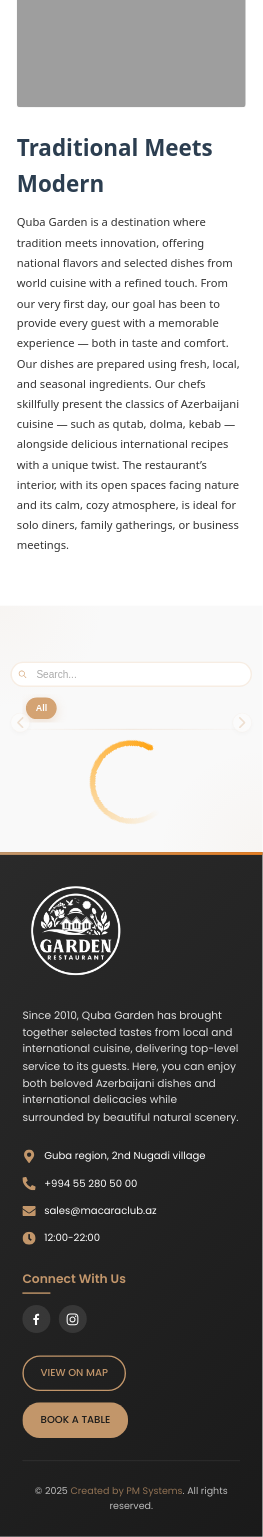
Repository: ferhadsultan98/menu-macara
Page: /
An editor plug-in stored every save of this project. The page is shown before and after the next save, followed by the edit.
The browser window is 375 px wide. The pictures show the part of the page from y = 1115 to 3355 px (the page is 3311 px tall before and 3355 px after), at 70% of full size.
Pictures or frames that could not be fetched are drawn as grey boxes. The page's requests for data from a server got no answer. The project was rebuilt for these pictures with package versions that can differ from the ones it lists, and the page was loaded fresh each time. No one was signed in, and anything a server would have sent is missing. Also part of the build but not shown: vite.config.js.

Above is the page before, as saved 2025-04-21 12:19:52.

### index.html
<!doctype html>
<html lang="en">
  <head>
    <meta charset="UTF-8" />
    <link rel="shortcut icon" href="/src/assets/logo.png" type="image/x-icon">
    <meta name="viewport" content="width=device-width, initial-scale=1.0" />
    <title>Guba Garden - Menu</title>
  </head>
  <body>
    <div id="root"></div>
    <script type="module" src="/src/main.jsx"></script>
  </body>
</html>

### src/App.jsx
import React from "react";
import { I18nextProvider } from "react-i18next";
import i18n from "./Languages/i18n";
import "./App.scss";
import MainLayout from "./Components/Common/MainLayout";
import Home from "./Pages/Home/Home";
import MenuSection from "./Pages/MenuSection/MenuSection";

function App() {

  return (
    <I18nextProvider i18n={i18n}>
      <div className="app-container">
        <MainLayout>
        <Home  />
          <MenuSection  />
        </MainLayout>
      </div>
    </I18nextProvider>
  );
}

export default App;

### src/App.scss
* {
  margin: 0;
  padding: 0;
  box-sizing: border-box;
}

body {
  font-family: system-ui, -apple-system, BlinkMacSystemFont, "Segoe UI", Roboto,
    Oxygen, Ubuntu, Cantarell, "Open Sans", "Helvetica Neue", sans-serif;
}

### src/Components/Common/MainLayout.jsx
import React from 'react';
import Header from './Header/Header';
import Footer from './Footer/Footer';

const MainLayout = ({ children }) => {
  return (
    <>
      <Header />
      {children}
      <Footer />
    </>
  );
};

export default MainLayout;

### src/Components/Common/Header/Header.jsx
import { useState, useEffect, useRef } from "react";
import "./Header.scss";
import Logo from "../../../assets/logo.png";
import whiteLogo from "../../../assets/logowhite.png";
import { motion, AnimatePresence } from "framer-motion";
import { useTranslation } from "react-i18next";
import { IoRestaurantOutline } from "react-icons/io5";

const Header = () => {
  const [scrolled, setScrolled] = useState(false);
  const [isOpen, setIsOpen] = useState(false);
  const dropdownRef = useRef(null);
  const { t, i18n } = useTranslation();

  const languages = [
    { code: "en", name: "English" },
    { code: "az", name: "Azərbaycan" },
    { code: "ru", name: "Русский" },
  ];

  useEffect(() => {
    const handleScroll = () => {
      const isScrolled = window.scrollY > 20;
      setScrolled(isScrolled);
    };

    window.addEventListener("scroll", handleScroll);
    return () => window.removeEventListener("scroll", handleScroll);
  }, []);

  useEffect(() => {
    const handleClickOutside = (event) => {
      if (dropdownRef.current && !dropdownRef.current.contains(event.target)) {
        setIsOpen(false);
      }
    };

    document.addEventListener("mousedown", handleClickOutside);
    return () => document.removeEventListener("mousedown", handleClickOutside);
  }, []);

  const toggleLanguage = (langCode) => {
    i18n.changeLanguage(langCode);
    setIsOpen(false);
  };

  const toggleMenu = () => {
    setIsOpen(!isOpen);
  };
  const scrollToTop = () => {
    window.scrollTo({ top: 0, behavior: "smooth" });
  };
  const scrollToMenu = () => {
    const menuSection = document.getElementById("menu");
    if (menuSection) {
      menuSection.scrollIntoView({ behavior: "smooth", block: "start" });
    }
  };
  return (
    <header className={`header ${scrolled ? "scrolled" : ""}`}>
      <div className="headerContainer">
        <a onClick={scrollToTop}>
          <div className="logo">
            <img
              src={scrolled ? Logo : whiteLogo}
              alt={scrolled ? "Logo" : "White Logo"}
              className="logo-img"
            />
          </div>
        </a>
        <button className="menu-button" onClick={scrollToMenu}>
        {t("header.menu")}
          <span className="menu-icon">
            <IoRestaurantOutline />
          </span>
        </button>
        <div className="header-actions">
          <div className="lang-dropdown" ref={dropdownRef}>
            <button
              className="lang-current"
              onClick={toggleMenu}
              aria-expanded={isOpen}
            >
              <span>{i18n.language.toUpperCase()}</span>
              <i className={`fas fa-chevron-down ${isOpen ? "open" : ""}`}></i>
            </button>

            <AnimatePresence>
              {isOpen && (
                <motion.ul
                  className="lang-options"
                  initial={{ opacity: 0, y: -10 }}
                  animate={{ opacity: 1, y: 0 }}
                  exit={{ opacity: 0, y: -10 }}
                  transition={{ duration: 0.2 }}
                >
                  {languages.map((lang) => (
                    <motion.li
                      key={lang.code}
                      whileHover={{ backgroundColor: "rgba(0,0,0,0.05)" }}
                      onClick={() => toggleLanguage(lang.code)}
                      className={i18n.language === lang.code ? "active" : ""}
                    >
                      <span className="lang-code">
                        {lang.code.toUpperCase()}
                      </span>
                      <span className="lang-name">{lang.name}</span>
                    </motion.li>
                  ))}
                </motion.ul>
              )}
            </AnimatePresence>
          </div>
        </div>
      </div>
    </header>
  );
};

export default Header;

### src/Pages/MenuSection/MenuSection.scss
// Mixins
@mixin flexCenter {
  display: flex;
  justify-content: center;
  align-items: center;
}

@mixin flexBetween {
  display: flex;
  justify-content: space-between;
  align-items: center;
}

@mixin hoverLift {
  transition: all 0.3s cubic-bezier(0.25, 0.8, 0.25, 1);
  &:hover {
    transform: translateY(-8px);
    box-shadow: 0 15px 35px rgba(0, 0, 0, 0.1);
  }
}

// Media query mixins
@mixin mobile {
  @media (max-width: 576px) {
    @content;
  }
}

@mixin tablet {
  @media (max-width: 768px) {
    @content;
  }
}

@mixin laptop {
  @media (max-width: 992px) {
    @content;
  }
}

@mixin desktop {
  @media (max-width: 1200px) {
    @content;
  }
}

// Animations
@keyframes fadeIn {
  from {
    opacity: 0;
    transform: translateY(20px);
  }
  to {
    opacity: 1;
    transform: translateY(0);
  }
}

@keyframes pulse {
  0% {
    transform: scale(1);
  }
  50% {
    transform: scale(1.05);
  }
  100% {
    transform: scale(1);
  }
}

@keyframes slideDown {
  from {
    transform: translateY(-100%);
  }
  to {
    transform: translateY(0);
  }
}

@keyframes searchPulse {
  0% {
    box-shadow: 0 0 0 0 rgba(212, 163, 115, 0.4);
  }
  70% {
    box-shadow: 0 0 0 8px rgba(212, 163, 115, 0);
  }
  100% {
    box-shadow: 0 0 0 0 rgba(212, 163, 115, 0);
  }
}

// Reset and Base Styles
.menuSection {
  padding: 100px 0;
  background-color: #f9f9f9;
  position: relative;
  overflow: hidden;
  @include laptop {
    padding: 80px 0;
  }

  @include tablet {
    padding: 70px 0;
  }

  @include mobile {
    padding: 50px 0;
  }

  &::before,
  &::after {
    content: "";
    position: absolute;
    width: 300px;
    height: 300px;
    border-radius: 50%;
    background: radial-gradient(
      circle,
      rgba(212, 163, 115, 0.05) 0%,
      rgba(212, 163, 115, 0) 70%
    );
    z-index: 0;
  }

  &::before {
    top: -150px;
    left: -150px;
  }

  &::after {
    bottom: -150px;
    right: -150px;
  }

  .container {
    max-width: 1200px;
    margin: 0 auto;
    padding: 0 20px;
    position: relative;
    z-index: 1;

    @include mobile {
      padding: 0 15px;
    }
  }

  &.hasSearchResults {
    .menuGrid {
      animation: fadeIn 0.5s ease forwards;
    }
  }
}

// Sticky Navbar
.menuNavbarWrapper {
  width: 100%;
  z-index: 2;
  transition: all 0.3s ease;
  position: relative;
  margin-bottom: 50px;

  @include tablet {
    margin-bottom: 30px;
  }

  @include mobile {
    margin-bottom: 25px;
  }

  &.sticky {
    position: fixed;
    top: 100px;
    left: 0;
    right: 0;
    background-color: rgba(255, 255, 255, 0.98);
    z-index: 2;
    animation: slideDown 0.3s ease forwards;
    padding: 10px 0;

    .menuNavbarContent {
      padding: 10px 0;
    }

    .menuSearch {
      margin-bottom: 15px;

      .searchInputWrapper {
        max-width: 800px;

        @include mobile {
          max-width: 100%;
        }
      }

      .searchInput {
        padding: 10px 40px 10px 40px;
      }
    }
  }

  .menuNavbarContent {
    padding: 15px 0;
    display: flex;
    flex-direction: column;

    @include tablet {
      padding: 10px 0;
    }
  }
}

// Adjust menu content when navbar is sticky
.sticky + .menuContent {
  padding-top: 160px;

  @include tablet {
    padding-top: 130px;
  }

  @include mobile {
    padding-top: 200px;
  }
}

// Search component
.menuSearch {
  margin-bottom: 20px;

  @include mobile {
    margin-bottom: 15px;
  }

  .searchInputWrapper {
    position: relative;
    width: 100%;
    max-width: 500px;
    margin: 0 auto;
    transition: all 0.3s ease;

    @include mobile {
      max-width: 100%;
      margin-top: 30px;
    }
  }

  .searchIcon {
    position: absolute;
    left: 15px;
    top: 50%;
    transform: translateY(-50%);
    font-size: 1.2rem;
    color: #d4a373;
    z-index: 2;

    @include mobile {
      font-size: 1rem;
      left: 12px;
    }
  }

  .searchInput {
    width: 100%;
    padding: 12px 40px 12px 45px;
    border-radius: 30px;
    border: 2px solid rgba(212, 163, 115, 0.2);
    font-size: 1rem;
    background-color: white;
    transition: all 0.3s ease;
    appearance: none;

    @include mobile {
      padding: 10px 35px 10px 38px;
      font-size: 0.95rem;
    }

    &:focus {
      outline: none;
      border-color: #d4a373;
      box-shadow: 0 0 0 3px rgba(212, 163, 115, 0.2);
    }

    &::placeholder {
      color: #aaa;
      transition: opacity 0.2s ease;
    }

    &:focus::placeholder {
      opacity: 0.7;
    }
  }

  .clearSearchButton {
    position: absolute;
    right: 15px;
    top: 50%;
    transform: translateY(-50%);
    background: none;
    border: none;
    font-size: 1.5rem;
    color: #aaa;
    cursor: pointer;
    padding: 0;
    width: 20px;
    height: 20px;
    display: flex;
    align-items: center;
    justify-content: center;
    transition: color 0.2s ease;
    z-index: 2;

    @include mobile {
      right: 12px;
      font-size: 1.3rem;
    }

    &:hover {
      color: #d4a373;
      transform: translateY(-50%) scale(1.1);
    }

    &:active {
      transform: translateY(-50%) scale(0.95);
    }
  }

  &.searchActive {
    .searchInput {
      animation: searchPulse 1.5s ease-out;
      border-color: rgba(212, 163, 115, 0.5);
    }
  }
}

// Menu Filter - Enhanced with Overflow Support
.menuFilter {
  position: relative;

  &::before {
    content: "";
    position: absolute;
    left: 0;
    right: 0;
    bottom: -15px;
    height: 1px;
    background: linear-gradient(
      to right,
      rgba(212, 163, 115, 0),
      rgba(212, 163, 115, 0.3),
      rgba(212, 163, 115, 0)
    );
  }

  .menuFilterContainer {
    position: relative;
    padding: 0 40px; // Space for scroll indicators

    @include tablet {
      padding: 0 30px;
    }

    @include mobile {
      padding: 0 25px;
    }

    // Scroll indicators/buttons
    .scrollButton {
      position: absolute;
      top: 50%;
      transform: translateY(-50%);
      width: 36px;
      height: 36px;
      border-radius: 50%;
      background: white;
      border: 1px solid rgba(212, 163, 115, 0.2);
      color: #d4a373;
      display: flex;
      justify-content: center;
      align-items: center;
      cursor: pointer;
      box-shadow: 0 3px 8px rgba(0, 0, 0, 0.08);
      z-index: 5;
      transition: all 0.3s cubic-bezier(0.25, 0.8, 0.25, 1);

      @include tablet {
        width: 30px;
        height: 30px;
      }

      @include mobile {
        width: 28px;
        height: 28px;
      }

      &:hover {
        background: rgba(212, 163, 115, 0.1);
      }

      &.scrollButtonPrev {
        left: 0;

      }

      &.scrollButtonNext {
        right: 0;

      }

      &.scrollButtonDisabled {
        opacity: 0.3;
        cursor: not-allowed;

        &:hover {
          background: white;
        }
      }
    }
  }

  .menuFilterList {
    display: flex;
    list-style: none;
    padding: 0;
    margin: 0;
    overflow-x: auto;
    -webkit-overflow-scrolling: touch; // Smooth scrolling on iOS
    scrollbar-width: none; // Firefox
    -ms-overflow-style: none; // IE/Edge
    scroll-behavior: smooth;

    // Hide scrollbar
    &::-webkit-scrollbar {
      display: none;
    }

    // Add padding to allow focus ring visibility
    padding: 5px;
    margin: -5px;
  }

  .menuFilterItem {
    flex: 0 0 auto;
    margin: 0 5px;

    &:first-child {
      margin-left: 0;
    }

    &:last-child {
      margin-right: 0;
    }
  }

  .menuFilterButton {
    background: transparent;
    border: 2px solid transparent;
    font-size: 0.95rem;
    font-weight: 500;
    color: #4a4a4a;
    padding: 12px 20px;
    cursor: pointer;
    transition: all 0.3s cubic-bezier(0.25, 0.8, 0.25, 1);
    text-transform: capitalize;
    border-radius: 30px;
    position: relative;
    overflow: hidden;
    white-space: nowrap;
    box-shadow: 0 3px 10px rgba(0, 0, 0, 0.05);

    @include tablet {
      padding: 10px 16px;
      font-size: 0.9rem;
    }

    @include mobile {
      padding: 8px 14px;
      font-size: 0.85rem;
    }

    // Icon styles
    .menuIcon {
      display: inline-block;
      margin-right: 8px;
      font-size: 0.9rem;

      @include mobile {
        margin-right: 6px;
        font-size: 0.8rem;
      }
    }

    &:hover {
      background-color: rgba(212, 163, 115, 0.1);
      color: #d4a373;
      border-color: rgba(212, 163, 115, 0.2);
    }

    &.menuFilterButtonActive {
      background-color: #d4a373;
      color: white !important;
      font-weight: 600;
      box-shadow: 0 5px 15px rgba(212, 163, 115, 0.3);
      border-color: #d4a373;
    }

    &:focus-visible {
      outline: 2px solid #d4a373;
      outline-offset: 2px;
    }
  }

  .menuFilterChipsDesign {
    .menuFilterButton {
      padding: 8px 16px;
      font-size: 0.85rem;

      @include mobile {
        padding: 6px 12px;
        font-size: 0.8rem;
      }

      .menuIcon {
        margin-right: 6px;
        font-size: 0.8rem;

        @include mobile {
          margin-right: 4px;
          font-size: 0.75rem;
        }
      }
    }
  }
}

// No Results Found
.noResultsFound {
  text-align: center;
  padding: 60px 20px;
  background-color: rgba(255, 255, 255, 0.7);
  border-radius: 12px;
  box-shadow: 0 5px 20px rgba(0, 0, 0, 0.05);

  @include tablet {
    padding: 50px 15px;
  }

  @include mobile {
    padding: 40px 15px;
  }

  h3 {
    color: #d4a373;
    font-size: 1.8rem;
    margin-bottom: 15px;

    @include tablet {
      font-size: 1.6rem;
      margin-bottom: 12px;
    }

    @include mobile {
      font-size: 1.4rem;
      margin-bottom: 10px;
    }
  }

  p {
    color: #777;
    font-size: 1.1rem;
    margin-bottom: 25px;

    @include tablet {
      font-size: 1rem;
      margin-bottom: 20px;
    }

    @include mobile {
      font-size: 0.95rem;
      margin-bottom: 18px;
    }
  }

  .resetFilterButton {
    background-color: #d4a373;
    color: white;
    border: none;
    padding: 12px 25px;
    border-radius: 30px;
    font-size: 1rem;
    font-weight: 500;
    cursor: pointer;
    transition: all 0.3s ease;

    @include mobile {
      padding: 10px 20px;
      font-size: 0.95rem;
    }

    &:hover {
      background-color: darken(#d4a373, 10%);
      transform: translateY(-3px);
      box-shadow: 0 5px 15px rgba(212, 163, 115, 0.3);
    }

    &:focus-visible {
      outline: 2px solid darken(#d4a373, 15%);
      outline-offset: 2px;
    }
  }
}

// Menu Grid - Enhanced
.menuGrid {
  display: grid;
  grid-template-columns: repeat(auto-fill, minmax(350px, 1fr));
  gap: 35px;
  margin-bottom: 50px;

  @include laptop {
    grid-template-columns: repeat(auto-fill, minmax(300px, 1fr));
    gap: 30px;
  }

  @include tablet {
    grid-template-columns: repeat(auto-fill, minmax(280px, 1fr));
    gap: 25px;
  }

  @include mobile {
    grid-template-columns: 1fr;
    gap: 20px;
    margin-bottom: 30px;
  }
}

// Menu Items - Enhanced
.menuItem {
  animation: fadeIn 0.8s ease forwards;

  .menuItemCard {
    background: #ffffff;
    border-radius: 12px;
    overflow: hidden;
    box-shadow: 0 10px 30px rgba(0, 0, 0, 0.08);
    @include hoverLift;
    height: 100%;
    display: flex;
    flex-direction: column;
    position: relative;
  }

  .menuItemImage {
    width: 100%;
    height: 220px;
    overflow: hidden;
    position: relative;

    @include tablet {
      height: 180px;
    }

    @include mobile {
      height: 160px;
    }

    &::after {
      content: "";
      position: absolute;
      bottom: 0;
      left: 0;
      right: 0;
      height: 40%;
      z-index: 1;
    }

    img {
      width: 100%;
      height: 100%;
      object-fit: contain;
      display: block;
      transition: transform 0.7s ease;
      transform: scale(1.1);
    }
  }

  .menuItemCategoryBadge {
    position: absolute;
    top: 15px;
    right: 15px;
    background-color: rgba(212, 163, 115, 0.9);
    color: white;
    font-size: 0.8rem;
    padding: 6px 12px;
    border-radius: 20px;
    font-weight: 600;
    letter-spacing: 1px;
    text-transform: uppercase;
    z-index: 2;
    box-shadow: 0 3px 8px rgba(0, 0, 0, 0.15);

    @include mobile {
      top: 10px;
      right: 10px;
      font-size: 0.7rem;
      padding: 5px 10px;
    }
  }

  .menuItemContent {
    padding: 25px;
    display: flex;
    flex-direction: column;
    flex-grow: 1;
    justify-content: space-between;

    @include tablet {
      padding: 20px;
    }

    @include mobile {
      padding: 18px;
    }
  }

  .menuItemTitle {
    font-size: 1.5rem;
    color: #2e2e2e;
    margin-bottom: 12px;
    font-weight: 600;
    position: relative;

    @include tablet {
      font-size: 1.3rem;
      margin-bottom: 10px;
    }

    @include mobile {
      font-size: 1.2rem;
      margin-bottom: 8px;
    }

    &::after {
      content: "";
      position: absolute;
      bottom: -6px;
      left: 0;
      width: 40px;
      height: 2px;
      background-color: #d4a373;
      border-radius: 2px;

      @include mobile {
        width: 30px;
        bottom: -4px;
      }
    }
  }

  .menuItemDescription {
    font-size: 0.95rem;
    color: #777777;
    margin-bottom: 20px;
    line-height: 1.7;
    flex-grow: 1;

    @include tablet {
      font-size: 0.9rem;
      margin-bottom: 18px;
    }

    @include mobile {
      font-size: 0.85rem;
      margin-bottom: 15px;
      line-height: 1.6;
    }
  }

  .menuItemFooter {
    @include flexBetween;
    margin-top: auto;
  }

  .menuItemPrice {
    font-size: 1.3rem;
    color: #d4a373;
    font-weight: 700;

    @include tablet {
      font-size: 1.2rem;
    }

    @include mobile {
      font-size: 1.1rem;
    }
  }

  .menuItemOrderBtn {
    width: 40px;
    height: 40px;
    border-radius: 50%;
    background-color: #d4a373;
    color: white;
    border: none;
    cursor: pointer;
    @include flexCenter;
    transition: all 0.3s cubic-bezier(0.25, 0.8, 0.25, 1);
    box-shadow: 0 4px 10px rgba(212, 163, 115, 0.3);

    @include mobile {
      width: 36px;
      height: 36px;
    }

    i {
      font-size: 1rem;

      @include mobile {
        font-size: 0.9rem;
      }
    }

    &:hover {
      background-color: darken(#d4a373, 10%);
      transform: translateY(-3px);
      box-shadow: 0 6px 15px rgba(212, 163, 115, 0.4);
    }
  }
}

// Load More Button
.menuLoadMore {
  text-align: center;
  margin: 40px 0;

  @include mobile {
    margin: 30px 0;
  }

  .loadMoreButton {
    background-color: transparent;
    border: 2px solid #d4a373;
    color: #d4a373;
    padding: 14px 35px;
    font-size: 1rem;
    font-weight: 600;
    border-radius: 30px;
    cursor: pointer;
    transition: all 0.3s cubic-bezier(0.25, 0.8, 0.25, 1);

    @include tablet {
      padding: 12px 30px;
    }

    @include mobile {
      padding: 10px 25px;
      font-size: 0.95rem;
    }

    &:hover {
      background-color: #d4a373;
      color: white;
      box-shadow: 0 5px 15px rgba(212, 163, 115, 0.3);
    }

    &:focus-visible {
      outline: 2px solid #d4a373;
      outline-offset: 2px;
    }
  }
}

// Menu Action Section
.menuAction {
  text-align: center;
  margin-top: 60px;
  position: relative;

  @include tablet {
    margin-top: 50px;
  }

  @include mobile {
    margin-top: 40px;
  }

  &::before {
    content: "";
    position: absolute;
    top: -30px;
    left: 50%;
    transform: translateX(-50%);
    width: 100px;
    height: 1px;
    background: linear-gradient(
      to right,
      rgba(212, 163, 115, 0),
      rgba(212, 163, 115, 0.5),
      rgba(212, 163, 115, 0)
    );

    @include mobile {
      width: 80px;
      top: -25px;
    }
  }

  .primaryButton {
    display: inline-flex;
    align-items: center;
    justify-content: center;
    gap: 10px;
    padding: 16px 35px;
    background-color: #d4a373;
    color: white;
    text-decoration: none;
    border-radius: 50px;
    font-size: 1.1rem;
    font-weight: 600;
    transition: all 0.3s cubic-bezier(0.25, 0.8, 0.25, 1);
    letter-spacing: 0.5px;
    box-shadow: 0 8px 20px rgba(212, 163, 115, 0.3);

    @include tablet {
      padding: 14px 30px;
      font-size: 1rem;
    }

    @include mobile {
      padding: 12px 25px;
      font-size: 0.95rem;
      gap: 8px;
    }

    i {
      font-size: 1.2rem;
      transition: transform 0.3s ease;

      @include mobile {
        font-size: 1.1rem;
      }
    }

    &:hover {
      background-color: darken(#d4a373, 10%);
      transform: translateY(-5px);
      box-shadow: 0 12px 25px rgba(212, 163, 115, 0.4);

      i {
        transform: translateX(3px);
      }
    }

    &:active {
      transform: translateY(-2px);
      box-shadow: 0 8px 15px rgba(212, 163, 115, 0.3);
    }

    &:focus-visible {
      outline: 2px solid darken(#d4a373, 15%);
      outline-offset: 2px;
    }
  }
}

// Small screens adjustments
@media (max-width: 400px) {
  .menuSection {
    padding: 40px 0;
  }

  .menuNavbarWrapper {
    margin-bottom: 20px;
    &.sticky {
      top: 70px;
    }
  }

  .menuSearch {
    .searchInput {
      padding: 8px 32px 8px 35px;
      font-size: 0.9rem;
    }

    .searchIcon {
      font-size: 0.9rem;
      left: 10px;
    }

    .clearSearchButton {
      right: 10px;
      font-size: 1.2rem;
    }
  }

  .menuFilter {
    .menuFilterContainer {
      padding: 0 22px;
      .scrollButton{
        &.scrollButtonPrev{
          top: 100%;
        }
        &.scrollButtonNext{
          top: 100%;
        }
      }

    }

    .scrollButton {
      width: 24px;
      height: 24px;
      padding: 1px;
    }

    .menuFilterButton {
      padding: 6px 12px;
      font-size: 0.8rem;

    }

  }

  .menuItem {
    .menuItemImage {
      height: 140px;
    }

    .menuItemContent {
      padding: 15px;
    }

    .menuItemTitle {
      font-size: 1.1rem;
    }

    .menuItemDescription {
      font-size: 0.8rem;
      margin-bottom: 12px;
    }

    .menuItemPrice {
      font-size: 1rem;
    }
  }

  .menuLoadMore {
    .loadMoreButton {
      padding: 8px 20px;
      font-size: 0.9rem;
    }
  }
}

// Fix specific issues for devices between 576px and 767px
@media (min-width: 577px) and (max-width: 767px) {
  .menuGrid {
    grid-template-columns: repeat(2, 1fr);
    gap: 20px;
  }
}

// Better handling for safari mobile
@supports (-webkit-touch-callout: none) {
  .menuFilterList {
    -webkit-overflow-scrolling: touch;
  }

  .menuItemCard {
    -webkit-transform: translateZ(0);
  }
}

### src/Components/Loading/Loading.jsx
import React from "react";
import "./Loading.scss";

const Loading = () => {
  return <div className="restaurantLoader"></div>;
};

export default Loading;

### src/server/server.jsx
// src/server/server.js
import { initializeApp } from "firebase/app";
import { getDatabase, ref, onValue, set, push, remove, update } from "firebase/database";
import { getAnalytics } from "firebase/analytics";

// Firebase configuration
const firebaseConfig = {
  apiKey: "AIzaSyA3iCDoGXoamiNg5rUrGU5uqmnfMHKO9BI",
  authDomain: "gubagarden.firebaseapp.com",
  projectId: "gubagarden",
  storageBucket: "gubagarden.firebasestorage.app",
  messagingSenderId: "920416051355",
  appId: "1:920416051355:web:6acffca1bb687b0d4ca63e",
  measurementId: "G-L77LRCTPG3",
  databaseURL: "https://gubagarden-default-rtdb.firebaseio.com"
};


const app = initializeApp(firebaseConfig);
let analytics = null;


if (typeof window !== 'undefined') {
  try {
    analytics = getAnalytics(app);
  } catch (error) {
    console.error("Analytics failed to initialize:", error);
  }
}

const database = getDatabase(app);

export { database, analytics, ref, onValue, set, push, remove, update };

### src/Components/Loading/Loading.scss
.restaurantLoader {
  width: 120px;
  aspect-ratio: 1;
  border-radius: 50%;
  background: radial-gradient(farthest-side, #ffa516 94%, #0000) top/8px 8px
      no-repeat,
    conic-gradient(#0000 30%, #ffa516);
  -webkit-mask: radial-gradient(farthest-side, #0000 calc(100% - 8px), #000 0);
  animation: l13 1s infinite linear;
  display: flex;
  margin: 0 auto;
}
@keyframes l13 {
  100% {
    transform: rotate(1turn);
  }
}

Loaded but not shown: src/main.jsx (common file); src/Languages/AZ/AZ.json (33 lines, source omitted); src/Languages/RU/RU.json (32 lines, source omitted); src/Languages/EN/EN.json (31 lines, source omitted); src/Languages/i18n.js (34 lines, source omitted); src/Pages/Home/Home.scss (770 lines, source omitted); src/Pages/MenuSection/MenuSection.jsx (412 lines, source omitted); src/Pages/Home/Home.jsx (225 lines, source omitted); src/Components/Common/Header/Header.scss (467 lines, source omitted); src/Components/Common/Footer/Footer.jsx (167 lines, source omitted); src/Components/Common/Footer/Footer.scss (281 lines, source omitted); src/index.css (no stored copy; drawn as an empty file)

After the next save:
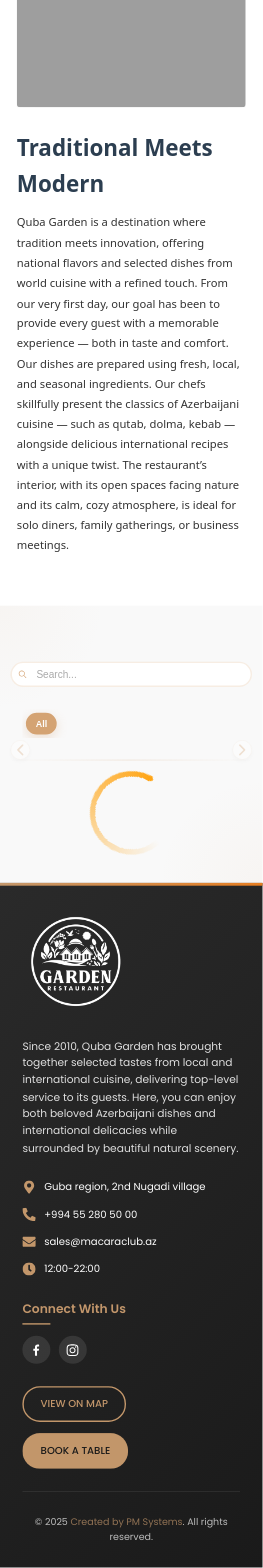
Saved 14 s later.
--- a/src/Pages/MenuSection/MenuSection.scss
+++ b/src/Pages/MenuSection/MenuSection.scss
@@ -993,7 +993,7 @@
 
   .menuFilter {
     .menuFilterContainer {
-      padding: 0 22px;
+      padding: 22px 22px;
       .scrollButton{
         &.scrollButtonPrev{
           top: 100%;
